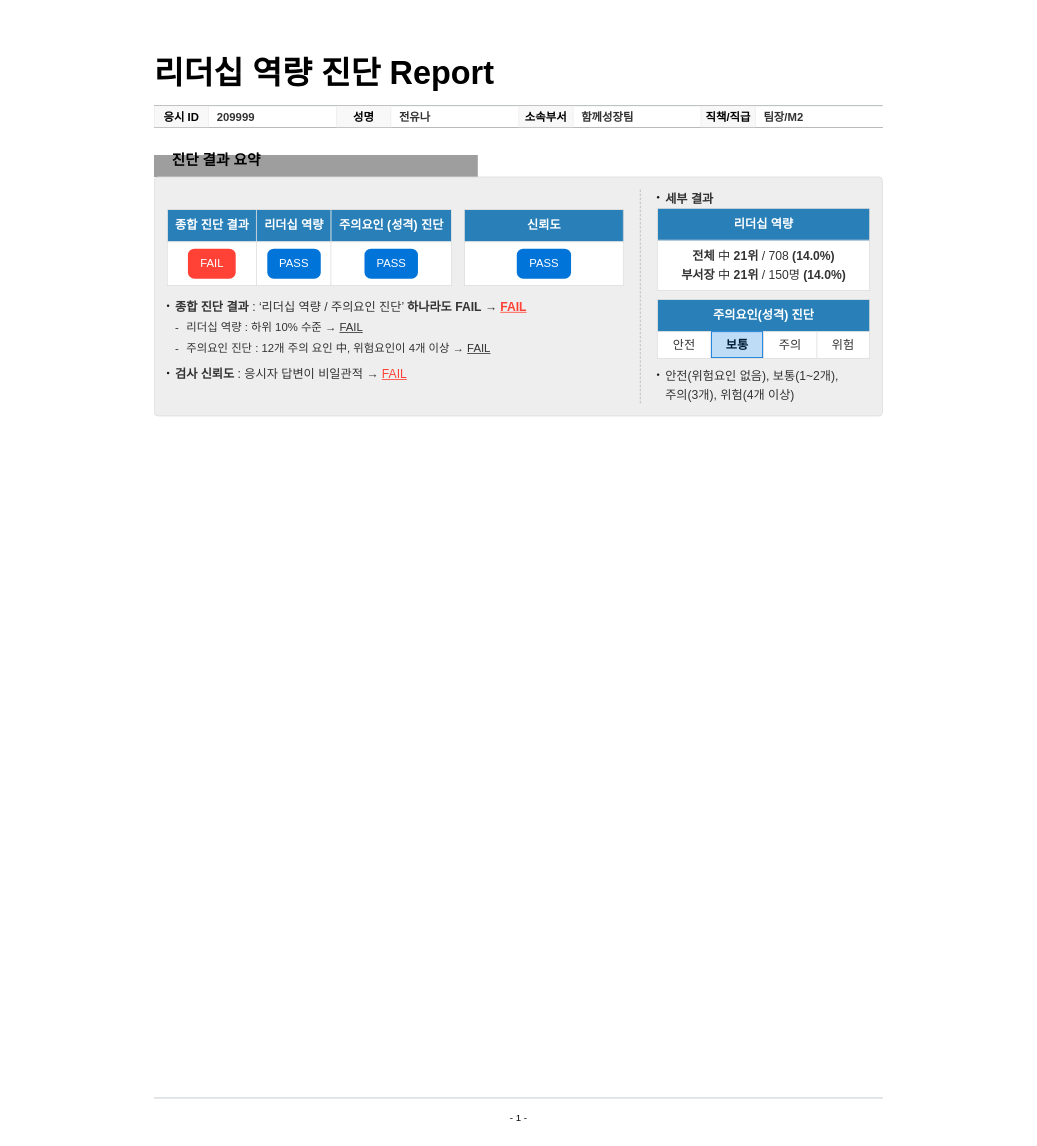
Repository: richosj/report
Page: index.html
The author's editor kept a copy of each file at every save. The page is drawn from the files as they stood at one save, then again after the next save.
The browser window is 1280 px wide. The pictures show the whole page, at 81% of full size.
Pictures or frames that could not be fetched are drawn as grey boxes. Some web fonts or font styles are not loaded; a fallback is used. The style sheet was rebuilt from its Sass, Less or Tailwind sources for each picture, by a compiler version that may differ from the author's.

Above is the page before, as saved 2024-09-21 22:23:01.

### index.html
<!DOCTYPE html>
<!-- saved from url=(0068)https://hrms.wiselection.com/tools/project/write/personal_report.asp -->
<html xmlns="http://www.w3.org/1999/xhtml"><head><meta http-equiv="Content-Type" content="text/html; charset=UTF-8">

<meta http-equiv="Content-Script-Type" content="text/javascript">
<meta http-equiv="Content-Style-Type" content="text/css">
<title>개인레포트</title>
<link rel="stylesheet" href="https://cdn.jsdelivr.net/gh/orioncactus/pretendard/dist/web/static/pretendard.css" />
<link rel="stylesheet" href="./assets/default.css">
<link rel="stylesheet" href="./assets/common.css">
<link rel="stylesheet" href="./assets/style.css">
<script src="./assets/jquery.min.js"></script>
<script src="./assets/tools.common.js"></script>
<script src="./assets/waitMe.min.js"></script>
<script src="./assets/highcharts.js"></script>
<script src="./assets/highcharts-more.js"></script>
<script src="./assets/exporting.js"></script>
</head>
<body>
<div id="wrap">
    <!-- page 1 Start -->
    <div id="page_layout" data-page="1page">
        <div class="page_in">
            <header class="header" id="header">
                <div class="header_tit">
                    <h1 class="page_title">리더십 역량 진단 Report</h1>
                </div>
                <div class="header_infor">
					<dl><dt>응시 ID</dt><dd class="al_left">209999</dd></dl>
					<dl><dt>성명</dt><dd class="al_left">전유나</dd></dl>
					<dl><dt>소속부서</dt><dd class="al_left">함께성장팀</dd></dl>
					<dl><dt>직책/직급</dt><dd class="al_left">팀장/M2</dd></dl>
  				</div>
            </header>
            <!-- header -->
            <div id="container">
                <div class="section">
                    <h2 class="page_title2">진단 결과 요약</h2>

                    <div class="alert-bg alert-bg-gray page1-content1">
                        <div class="child1">
                            <div class="child1-1">
                                <table class="simple-table">
                                    <thead>
                                        <tr>
                                            <th>종합 진단 결과</th>
                                            <th>리더십 역량</th>
                                            <th>주의요인 (성격) 진단</th>
                                        </tr>
                                    </thead>
                                    <tbody>
                                        <tr>
                                            <td>
                                                <span class="badge badge-danger">FAIL</span>
                                            </td>
                                            <td>
                                                <span class="badge badge-primary">PASS</span>
                                            </td>
                                            <td>
                                                <span class="badge badge-primary">PASS</span>
                                            </td>
                                        </tr>
                                    </tbody>
                                </table>
                            </div>
                            <div class="child1-2">
                                <table class="simple-table">
                                    <thead>
                                        <tr>
                                            <th>신뢰도</th>
                                        </tr>
                                    </thead>
                                    <tbody>
                                        <tr>
                                            <td>
                                                <span class="badge badge-primary">PASS</span>
                                            </td>
                                        </tr>
                                    </tbody>
                                </table>
                            </div>

                            <div class="child1-3">
                                <ul class="list-round">
                                    <li><b>종합 진단 결과</b> : ‘리더십 역량 / 주의요인 진단’ <b>하나라도 FAIL → <span class="u color-danger">FAIL</span></b>
                                        <ul class="list-dash">
                                            <li>리더십 역량 : 하위 10% 수준 → <span class="u">FAIL</span></li>
                                            <li>주의요인 진단 : 12개 주의 요인 中, 위험요인이 4개 이상 → <span class="u">FAIL</span></li>
                                        </ul>
                                    </li>
                                    <li><b>검사 신뢰도</b> : 응시자 답변이 비일관적 → <span class="u color-danger">FAIL</span></li>
                                </ul>
                            </div>

                        </div>
                        <div class="child2">
                            <h3 class="page-title3">세부 결과</h3>
                            <table class="simple-table">
                                <thead>
                                    <tr>
                                        <th>리더십 역량</th>
                                    </tr>
                                </thead>
                                <tbody>
                                    <tr>
                                        <td>
                                            <div class="rank-wraps">
                                                <b class="position">전체</b>
                                                中
                                                <b>21위</b> / 708 <b>(14.0%)</b>
                                            </div>
                                            <div class="rank-wraps"></div>
                                                <b class="position">부서장</b>
                                                中
                                                <b>21위</b> / 150명 <b>(14.0%)</b>
                                            </div>
                                        </td>
                                    </tr>
                                </tbody>
                            </table>

                            <table class="simple-table mt-10">
                                <thead>
                                    <tr>
                                        <th colspan="4">주의요인(성격) 진단</th>
                                    </tr>
                                </thead>
                                <tbody>
                                    <tr class="p0">
                                        <td>
                                            <div>안전</div>
                                        </td>
                                        <td class="active"><div>보통</div></td>
                                        <td><div>주의</div></td>
                                        <td><div>위험</div></td>
                                    </tr>
                                </tbody>
                            </table>
                            <ul class="list-round mt-10">
                               <li>안전(위험요인 없음), 보통(1~2개), <br>주의(3개), 위험(4개 이상)</li>
                            </ul>
                        </div>
                    </div>

                </div>

            </div>
            <!-- container -->
            <div id="footer">
                <p>- 1 -</p>
            </div>
            <!-- page -->
        </div>
    </div>
    <!-- e: page_layout -->
</div>
<!-- e: wrap -->
</body>
</html>

### assets/default.css
@charset "utf-8";


/* defalut */
html, body, address, blockquote, div, dl, form, h1, h2, h3, h4, h5, h6, ol, p, pre, table, ul,
dd, dt, li, tbody, td, tfoot, th, thead, tr, button, del, ins, map, object,
a, abbr, acronym, b, bdo, big, br, cite, code, dfn, em, i, img, kbd, q, samp, small, span,
strong, sub, sup, tt, var, legend, fieldset {margin:0;padding:0;font-family:"Pretendard", Malgun Gothic,'malgun',"돋움",Dotum,Arial,sans-serif;}

dl,ul,li {list-style:none;line-height: 100%;}
img {/*max-width:100%;*/height:auto;vertical-align:top;border:0 none;}
table {border-collapse:collapse;border-spacing:0;}
caption {width:0px;height:0px;line-height:0;overflow:hidden;font-size:0px;visibility:hidden;}
fieldset {border:0 none;}

a {color:#333;text-decoration:none;}
a:hover {text-decoration:none;}
button {border:0 none;background:none;cursor:pointer;}

html,body {line-height:150%;font-size:14px;font-family: "Pretendard", Malgun Gothic,'malgun',"돋움",Dotum,Arial,sans-serif;color:#333;letter-spacing:0em;}

table,input,textarea,select,legend {
	font-family:"Pretendard", Malgun Gothic,'malgun',"돋움",Dotum,Arial,sans-serif;
	font-size:12px;color:#333;
}
pre {
	font-family:"Pretendard", Malgun Gothic,'malgun',"돋움",Dotum,Arial,sans-serif;
	font-size:14px;color:#333;
}
code {font:inherit;}
* { box-sizing: border-box; }

### assets/style.scss
@import url("./custom.css");

$primary: rgb(0, 116, 217);
$danger: #ff4136;
$gap: 15px;



.u{
    text-decoration: underline;
}

.color-danger{
    color: $danger;
}


/*  배경 */
.alert-bg{
    border-radius: 5px;
    padding: 15px;
    border: 1px solid #ddd;
    &-gray{
        background-color: #eee;
    }
}

.badge{
    display: inline-flex;
    align-items: center;
    justify-content: center;
    height: 37px;
    padding: 0 15px;
    border-radius: 8px;
    color: #fff;
    font-size: 14px;
    font-weight: 500;
    &-danger{
        background-color: $danger;
    }
    &-primary{
        background-color: $primary;
    }
}


table.simple-table {
    width: 100%;
    border-collapse: collapse;
    background-color: #fff;
}

table.simple-table th, table.simple-table td {
    border: 1px solid #ddd;
    padding: 8px;
    text-align: center;
    font-size: 15px;
}

table.simple-table th {
    background-color: #2980B9;
    color: white;
    font-size: 15px;
}

table.simple-table tr:nth-child(even) {
    background-color: #f2f2f2;
}

table.simple-table tr.p0 td{
    padding: 0;
    &.active{
        div{
            font-weight: 700;
            color: #000;
            &::after{
                display: block;
            }
        }
    }
    div{
        position: relative;
        padding: 5px 0;
        &::after{
            content:"";
            display: none;
            position: absolute;
            left: 0;top: -1px;right: 0;bottom: 0;
            border: 1px solid $primary;
            background-color: rgba(0, 116, 217,0.25);
        }
    }
}

table.modern-table {
    width: 100%;
    border-collapse: collapse;
    box-shadow: 0 2px 5px rgba(0,0,0,0.15);
}

table.modern-table th, table.modern-table td {
    padding: 12px;
    border-bottom: 1px solid #ddd;
}

table.modern-table th {
    background-color: #34495E;
    color: white;
    font-weight: bold;
}

table.modern-table tr:nth-child(even) {
    background-color: #f9f9f9;
}


table.minimal-table {
    width: 100%;
    border: none;
    border-spacing: 0;
}

table.minimal-table th, table.minimal-table td {
    padding: 10px;
    text-align: left;
}

table.minimal-table tr:nth-child(even) {
    background-color: #f2f2f2;
}

table.minimal-table th {
    border-bottom: 2px solid #2980B9;
    font-size: 1.1rem;
}

.page-title3{
    position: relative;
    padding-left: 10px;
    line-height: 1.5;
    font-size: 15px;
    &::after{
        content:"";
        display: block;
        position: absolute;
        width: 3px;height: 3px;
        background-color: #1a1919;
        border-radius: 50%;
        left: 0;
        top: 8px;
    }
}

.list-round{
    > li{
        position: relative;
        padding-left: 10px;
        line-height: 1.5;
        font-size: 15px;
        &::after{
            content:"";
            display: block;
            position: absolute;
            width: 3px;height: 3px;
            background-color: #1a1919;
            border-radius: 50%;
            left: 0;
            top: 8px;
        }
        &:not(:first-child){
            margin-top: 10px;
        }
        .list-dash{
            margin-top: 4px;
        }
    }
}
.list-dash{
    > li{
        line-height: 1.5;
        position: relative;
        font-size: 14px;
        padding-left: 14px;
        &::after{
            content:"-";
            display: block;
            position: absolute;
            left: 0;
            top: 0;
        }
        &:not(:first-child){
            margin-top: 5px;
        }
    }
}

/* .page1-content1 */
.page1-content1{
    display: flex;
    align-items: center;
    justify-content: space-between;
    gap: 0 20px;
    .child1{
        display: flex;
        align-items: flex-start;
        gap: $gap;
        width: 65%;
        flex-wrap: wrap;
        .child1-1{
            width: calc(65% - $gap);
        }
        .child1-2{
            width: 35%;
        }
        .child1-3{
            width: 100%;
        }
    }
    .child2{
        flex: 1 1 30%;
        padding-left: 20px;
        border-left: 1px dashed #b6b4b4;
    }
}

### assets/custom.scss

.header_infor dl{
    dt{
        background-color: #f8f8f8;
        border-left: 1px solid #eee;
        border-right: 1px solid #eee;
    }
    dd{
        padding-left: 10px;
    }
}

.mt-10{margin-top: 10px;}

Loaded but not shown: assets/jquery.min.js (library); assets/waitMe.min.js (library); assets/highcharts.js (library); assets/highcharts-more.js (library); assets/exporting.js (library); assets/tools.common.js (1277 lines, source omitted); assets/common.css (849 lines, source omitted)

After the next save:
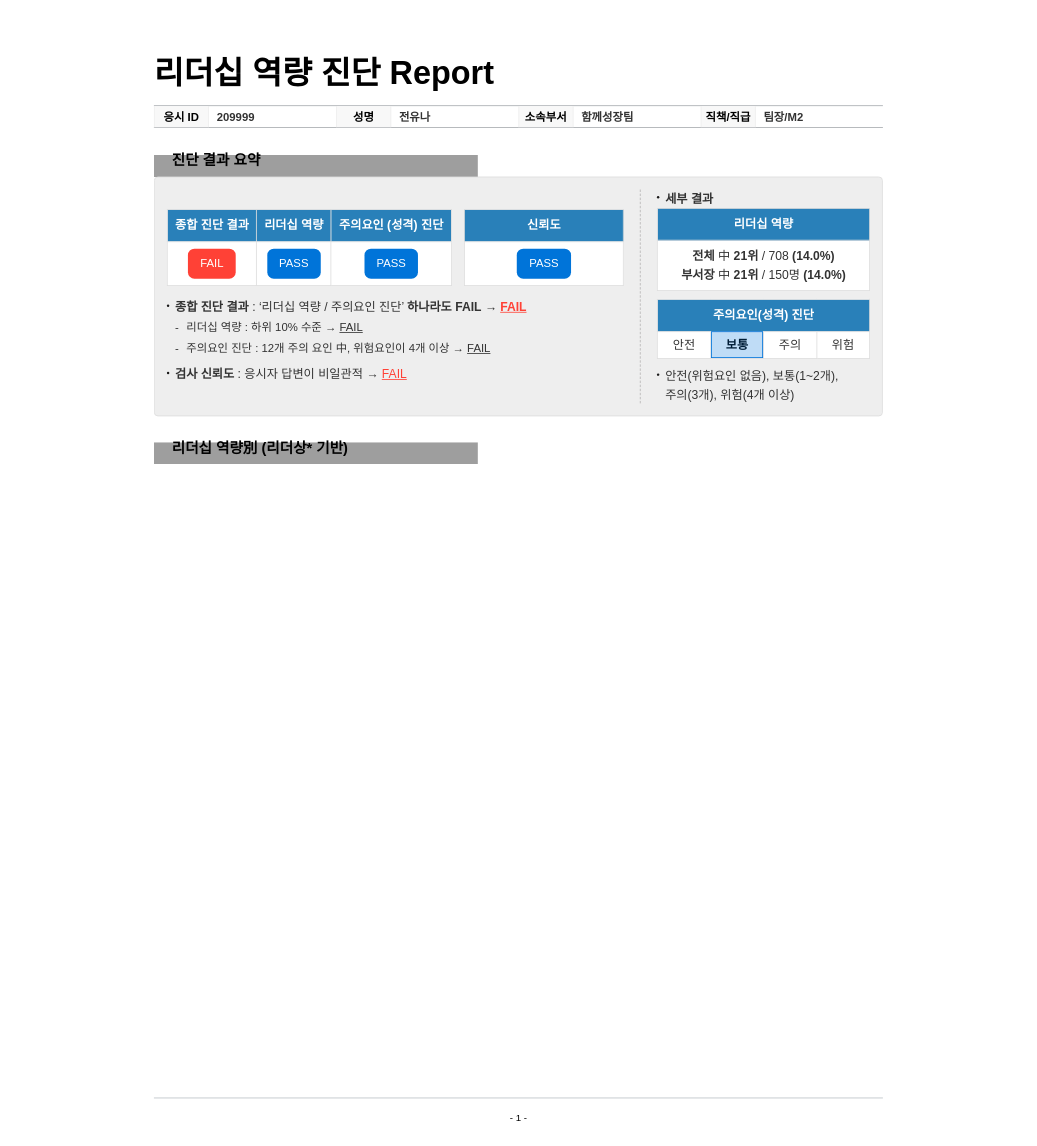
Saved 75 s later.
--- a/index.html
+++ b/index.html
@@ -36,7 +36,6 @@
             <div id="container">
                 <div class="section">
                     <h2 class="page_title2">진단 결과 요약</h2>
-
                     <div class="alert-bg alert-bg-gray page1-content1">
                         <div class="child1">
                             <div class="child1-1">
@@ -141,7 +140,11 @@
                             </ul>
                         </div>
                     </div>
+                </div>
+                <!-- // section -->
 
+                <div class="section">
+                    <h2 class="page_title2">리더십 역량別 (리더상* 기반)</h2>
                 </div>
 
             </div>
